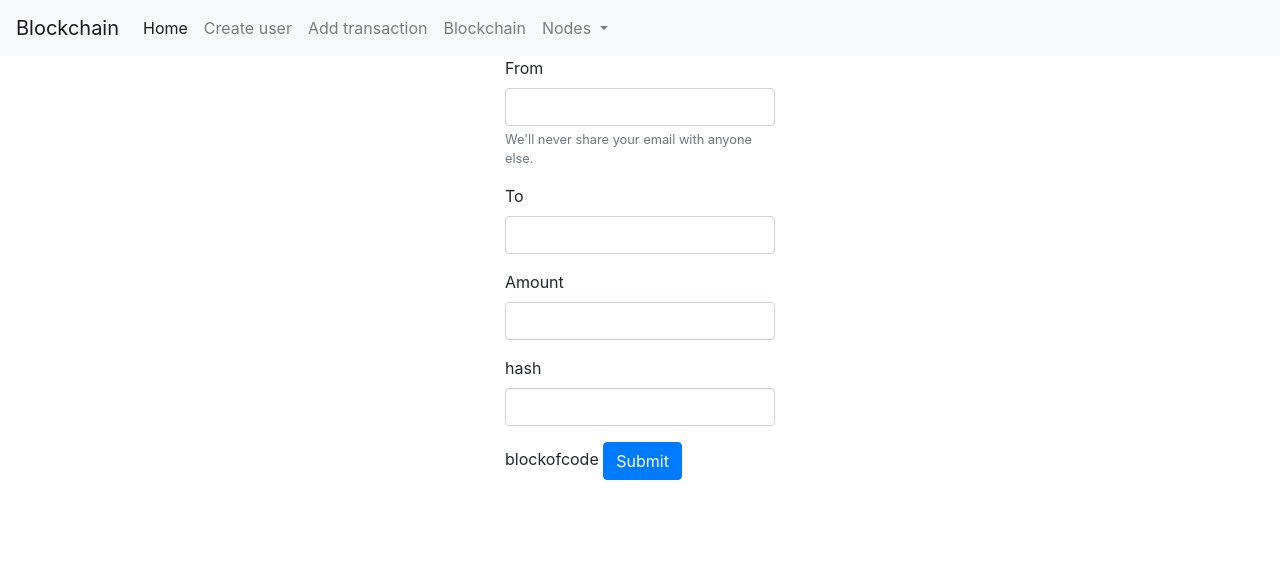
Repository: ivan151/blockchain
Page: templates/edit.html
The author's editor kept a copy of each file at every save. The page is drawn from the files as they stood at one save, then again after the next save.
The browser window is 1280 px wide. The pictures show the whole page.
The page is served by the project's application, run on Flask 3 (main.py). Other server files are loaded and not shown. The template is opened directly, without the code that normally fills it, so the values that code supplies are empty.

Above is the page before, as saved 2020-04-24 11:21:58.

### templates/edit.html

{% extends 'base.html' %}

{% block edit %}
<div class="form-box">
  <form action="{{url_for('edit', num=number)}}" method='POST'>
    <div class="form-group">
        <label for="exampleInputEmail1">From</label>
        <input type="text" class="form-control" id="from" aria-describedby="emailHelp" placeholder="{{block['from']}}" name="from" >
        <small id="emailHelp" class="form-text text-muted">We'll never share your email with anyone else.</small>
    </div>
    <div class="form-group">
        <label for="exampleInputPassword1">To</label>
        <input type="text" class="form-control" id="to" placeholder="{{block['to']}}" name="to">
    </div>
    <div class="form-group">
        <label for="exampleInputPassword1">Amount</label>
        <input type="text" class="form-control" id="amount" placeholder="{{block['amount']}}" name="amount">
    </div>
    <div class="form-group">
      <label for="exampleInputPassword1">hash</label>
      <input type="text" class="form-control" id="hash" placeholder="{{block['hash']}}" name="hash">
  </div>
  {% if number == last_file %}
      blockofcode
  {% endif %}

    <button type="submit" class="btn btn-primary">Submit</button>
</form>
</div>

{% endblock %}

### templates/base.html
<!DOCTYPE html>
<html lang="en">
<head>
    <meta charset="UTF-8">
    <meta name="viewport" content="width=device-width, initial-scale=1.0">
    <link rel="stylesheet" href="{{ url_for('static', filename='css/bootstrap.min.css') }}">
    <link rel="stylesheet" href="{{ url_for('static', filename='css/style.css') }}">


    <title>Document</title>
</head>
<body>
    <nav class="navbar navbar-expand-lg navbar-light bg-light">
        <a class="navbar-brand" href="#">Blockchain</a>
        <button class="navbar-toggler" type="button" data-toggle="collapse" data-target="#navbarNav" aria-controls="navbarNav" aria-expanded="false" aria-label="Toggle navigation">
          <span class="navbar-toggler-icon"></span>
        </button>
        <div class="collapse navbar-collapse" id="navbarNav">
          <ul class="navbar-nav">
            <li class="nav-item active">
              <a class="nav-link" href="{{url_for('index')}}">Home <span class="sr-only">(current)</span></a>
            </li>
            <li class="nav-item">
              <a class="nav-link" href="{{url_for('create_user')}}">Create user</a>
            </li>
            <li class="nav-item">
              <a class="nav-link" href="{{url_for('transaction')}}">Add transaction</a>
            </li>

              <li class="nav-item">
                <a class="nav-link" href="{{url_for('blockchain')}}">Blockchain</a>
              </li>
              <li class="nav-item dropdown">
                <a class="nav-link dropdown-toggle" href="#" id="navbarDropdown" role="button" data-toggle="dropdown" aria-haspopup="true" aria-expanded="false">
                  Nodes
                </a>
                <div class="dropdown-menu" aria-labelledby="navbarDropdown">
                  <a class="dropdown-item" href="/nodes/1/">Node1</a>
                  <a class="dropdown-item" href="/nodes/2/">Node2</a>
                  <a class="dropdown-item" href="/nodes/3/">Node3</a>
                  <a class="dropdown-item" href="/nodes/4/">Node4</a>
                  <a class="dropdown-item" href="/nodes/5/">Node5</a>
                  <a class="dropdown-item" href="/nodes/6/">Node6</a>
                </div>
              </li>
          </ul>
        </div>
      </nav>
    <div class="container my-container">
    {% block content %}{% endblock %}
    {% block transacton %} {% endblock %}
    {% block private %} {% endblock %}
    {% block create %} {% endblock %}
    {% block blockchain %}{% endblock %}
    {% block integrity %}{% endblock %}
    {% block node %}{% endblock %}
    {% block edit %}{% endblock %}
    </div>

    <script src="https://code.jquery.com/jquery-3.3.1.slim.min.js" integrity="sha384-q8i/X+965DzO0rT7abK41JStQIAqVgRVzpbzo5smXKp4YfRvH+8abtTE1Pi6jizo" crossorigin="anonymous"></script>
    <script src="https://cdnjs.cloudflare.com/ajax/libs/popper.js/1.14.7/umd/popper.min.js" integrity="sha384-UO2eT0CpHqdSJQ6hJty5KVphtPhzWj9WO1clHTMGa3JDZwrnQq4sF86dIHNDz0W1" crossorigin="anonymous"></script>
    <script src="https://stackpath.bootstrapcdn.com/bootstrap/4.3.1/js/bootstrap.min.js" integrity="sha384-JjSmVgyd0p3pXB1rRibZUAYoIIy6OrQ6VrjIEaFf/nJGzIxFDsf4x0xIM+B07jRM" crossorigin="anonymous"></script>
</body>
</html>

### main.py
from flask import Flask
from flask import render_template, redirect, request, url_for, session
from flask_sqlalchemy import SQLAlchemy
from functions import node_dirs, write_block, write_block_to_nodes, change_block, get_hash, int_and_sort, create_key
from functions import blockchain_dir, nodes_route
import random
import uuid
import json
import os
import hashlib

app = Flask(__name__)
app.config['SQLALCHEMY_DATABASE_URI'] = 'sqlite:///mydb.db'
app.config['SECRET_KEY'] = '3d6f45a5fc12445dbac2f59c3b6c7cb1'
db = SQLAlchemy(app)

SQLALCHEMY_TRACK_MODIFICATIONS = False


class User(db.Model):
    id = db.Column(db.Integer, primary_key=True)
    name = db.Column(db.String(100), nullable=False)
    public_key = db.Column(db.String(100), nullable=False)
    private_key = db.Column(db.String(100), nullable=False)
    balance = db.Column(db.Integer)

    def __repr__(self):
        return 'User' + str(self.id)


@app.route('/', methods=['GET', 'POST'])
def index():
    if request.method == 'POST':
        name = request.form['name']
        new_user = User(name=name, public_key=create_key(),
                        private_key=create_key(), balance=100)
        db.session.add(new_user)
        db.session.commit()
        return redirect('/')
    else:
        all_users = User.query.order_by(User.id).all()
        return render_template('index.html', users=all_users)


@app.route('/create/')
def create_user():
    if request.method == 'POST':
        name = request.form['name']
        new_user = User(name=name, public_key=create_key(),
                        private_key=create_key(), balance=100)
        db.session.add(new_user)
        db.session.commit()
        return redirect('/create/')
    else:
        all_users = User.query.order_by(User.id).all()
        return render_template('create.html', users=all_users)


@app.route('/transaction/', methods=['GET', 'POST'])
def transaction():
    if request.method == 'POST':
        session['sender_public_key'] = request.form['from']
        session['receiver_public_key'] = request.form['to']
        session['amount'] = request.form['amount']
        return redirect(url_for('.private'))
    elif request.method == 'GET':
        return render_template('transactions.html')


@app.route('/transaction/private/', methods=['GET', 'POST'])
def private():
    amount = session.get('amount')
    sender_public_key = session.get('sender_public_key')
    receiver_public_key = session.get('receiver_public_key')
    sender = User.query.filter_by(public_key=sender_public_key).first()
    #receiver = User.query.filter_by(public_key=receiver_public_key).first()
    if request.method == 'GET':
        return render_template('private.html', amount=amount,
        from_whom=sender_public_key, to_whom=receiver_public_key,
        sender_private_key=sender.private_key)
    elif request.method == 'POST':
        input_private_key = request.form['private']
        nodes_numbers = []
        for i in range(1, 7):
            nodes_numbers.append(request.form.get(f'node{i}'))
        if input_private_key == sender.private_key:
            if nodes_numbers.count(None) < 3:
                block_data = write_block(from_who=sender_public_key,
                            to_whom=receiver_public_key, amount=amount)
                write_block_to_nodes(from_who=sender_public_key,
                            to_whom=receiver_public_key, amount=amount)
                return render_template('private.html', block = block_data, confirmation='Transaction added to the blockchain!')
            else:
                return render_template('private.html', deny = "Not enough nodes to change the blockchain!")
        else:
            wrong = 'The Private Key is incorrect'
            return render_template('private.html', wrong=wrong)


@app.route('/blockchain/', methods=['GET'])
def blockchain():
    blocks_dict = {}
    files = int_and_sort(os.listdir(blockchain_dir))
    for filename in reversed(files[1:]):
        block = json.load(open(blockchain_dir + str(filename), 'rb'))
        blocks_dict[filename] = block
    return render_template('blockchain.html', blocks=blocks_dict)


@app.route('/integrity/', methods=['GET'])
def check_integrity():
    # get hash of the previous block
    # again count its hash
    # compare results
    blocks_dict = {}
    results = []
    files = int_and_sort(os.listdir(blockchain_dir))
    for filename in reversed(files[1:]):
        block = json.load(open(blockchain_dir + str(filename), 'rb'))
        blocks_dict[filename] = block
        file_hash = block['hash']
        prev_file = str(filename - 1)
        actual_hash = get_hash(prev_file)
        if file_hash == actual_hash:
            result = 'ok'
        else:
            result = 'corrupted'
        results.append({prev_file: result})
    return render_template('integrity.html', results=results)


@app.route('/blockchain/edit/<int:num>', methods=['GET', 'POST'])
def edit(num):
    files = int_and_sort(os.listdir(blockchain_dir))
    last_file = files[-1]
    filename = blockchain_dir + str(num)
    block = json.load(open(filename, 'rb'))
    if request.method == 'GET':
        return render_template('edit.html', block=block, number=num, last_file=last_file)
    else:
        from_who = request.form['from']
        to_whom = request.form['to']
        amount = request.form['amount']
        new_hash = request.form['hash']
        change_block(filename, from_who,  to_whom, amount, new_hash)
        return render_template('edit.html', edited='BLOCK IS CHANGED!', number=num, block=block,last_file = last_file)


@app.route('/nodes/<int:i>/')
def node(i):
    n = i
    if n in range(1, len(node_dirs())+1):
        node = nodes_route + str(n) + '/'
        files = int_and_sort(os.listdir(node))
        blocks_dict = {}
        for filename in reversed(files[1:]):
            block = json.load(open(node + str(filename), 'rb'))
            blocks_dict[filename] = block
        return render_template('node.html', blocks=blocks_dict, number=n)





if __name__ == "__main__":
    app.run(debug=True)

### static/css/style.css
.my-container {
  width: 300px;
}

Loaded but not shown: static/css/bootstrap.min.css (library)

After the next save:
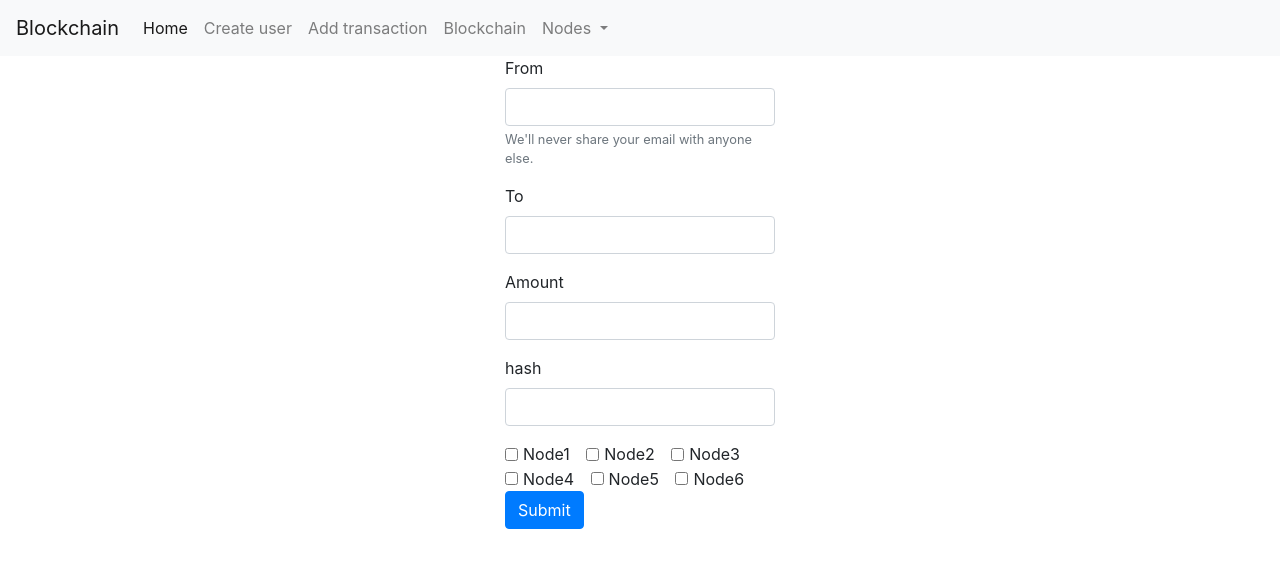
Saved 78 s later.
--- a/templates/edit.html
+++ b/templates/edit.html
@@ -22,7 +22,30 @@
       <input type="text" class="form-control" id="hash" placeholder="{{block['hash']}}" name="hash">
   </div>
   {% if number == last_file %}
-      blockofcode
+  <div class="form-check form-check-inline">
+    <input class="form-check-input" type="checkbox" id="inlineCheckbox1" value="1" name="node1">
+    <label class="form-check-label" for="inlineCheckbox1">Node1</label>
+  </div>
+  <div class="form-check form-check-inline">
+    <input class="form-check-input" type="checkbox" id="inlineCheckbox2" value="2" name="node2">
+    <label class="form-check-label" for="inlineCheckbox2">Node2</label>
+  </div>
+  <div class="form-check form-check-inline">
+    <input class="form-check-input" type="checkbox" id="inlineCheckbox2" value="3" name="node3">
+    <label class="form-check-label" for="inlineCheckbox2">Node3</label>
+  </div>
+  <div class="form-check form-check-inline">
+    <input class="form-check-input" type="checkbox" id="inlineCheckbox2" value="4" name="node4">
+    <label class="form-check-label" for="inlineCheckbox2">Node4</label>
+  </div>
+  <div class="form-check form-check-inline">
+    <input class="form-check-input" type="checkbox" id="inlineCheckbox2" value="5" name="node5">
+    <label class="form-check-label" for="inlineCheckbox2">Node5</label>
+  </div>
+  <div class="form-check form-check-inline">
+    <input class="form-check-input" type="checkbox" id="inlineCheckbox2" value="6" name="node6">
+    <label class="form-check-label" for="inlineCheckbox2">Node6</label>
+  </div>
   {% endif %}
 
     <button type="submit" class="btn btn-primary">Submit</button>
